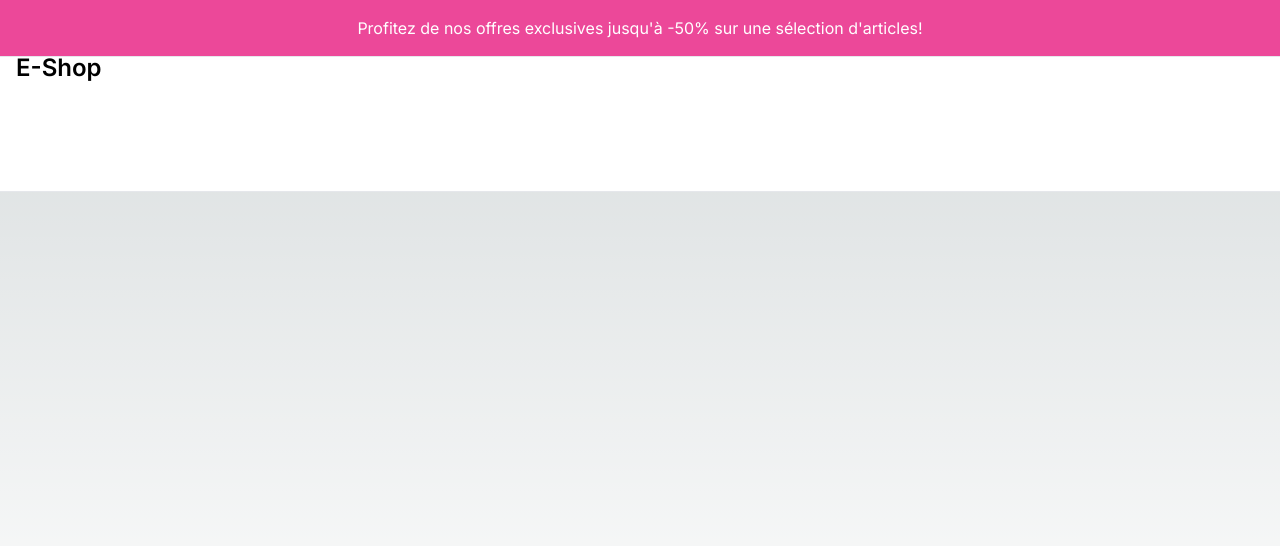
Repository: SDlevelUp/e-shop
Page: /
These files come from the project's save history. The page is drawn as it stood at one moment and after the next save; the edit follows.
The browser window is 1280 px wide. The pictures show the whole page.
The project was rebuilt for these pictures with package versions that can differ from the ones it lists, and the page was loaded fresh each time. The framework's server and built-in components were replaced by stand-ins that run in the browser. Also part of the build but not shown: next.config.js.

Above is the page before, as saved 2023-08-29 09:12:08.

### src/app/layout.js
import './globals.css'
import { Inter } from 'next/font/google';
import Navbar from '@/components/Navbar/Navbar';
import GlobalState from '@/context';
const inter = Inter({ subsets: ['latin'] })

export const metadata = {
  title: 'E-Shop, votre boutique en ligne',
  description: 'Generated by create next app',
};

export default function RootLayout({ children }) {
  return (
    <html lang="en">
      <head>
        <meta charSet="UTF-8" />
        <meta name="viewport" content="width=device-width, initial-scale=1.0" />
        <title>{metadata.title}</title>
        <meta name="description" content={metadata.description} />
      </head>
      <body className={inter.className}>
        <GlobalState>
          <Navbar />
          <main>{children}</main>
        </GlobalState>
      </body>
    </html>
  )
}

### src/app/page.js
import React from 'react';

function Home() {
  return (
    <main className="flex min-h-screen flex-col items-center justify-between p-24">
      <div>

      </div>
    </main>
  );
}

export default Home;

### src/components/Navbar/Navbar.jsx
"use client";

export default function Navbar() {
    return (
        <>
            <div className="bg-white fixed z-40 w-full top-0 left-0 border-b border-gray-200 h-48">
                <header className="bg-pink-500 z-50 w-full top-0 left-0 border-b border-gray-200 fixed">
                    <div className="max-w-screen-xl flex items-center justify-center mx-auto p-4">
                        <div className="flex items-center cursor-pointer">
                            <span className="text-white">
                                Profitez de nos offres exclusives jusqu'à -50% sur une sélection d'articles!
                            </span>
                        </div>
                    </div>
                </header>

                <nav className="max-w-screen-xl flex items-center justify-between mx-auto p-4 mt-9" >
                    <div className="flex items-center cursor-pointer">
                        <span className="self-center text-2xl font-semibold whitespace-nowrap">
                            E-Shop
                        </span>
                    </div>
                    {/* Supprimez la div vide */}
                </nav>
            </div>
        </>
    );
}

### src/context/index.js
"use client";

import { createContext } from 'react';

export const GlobalContext = createContext(null);

export default function GlobalState({ children }) {
    return (
        <GlobalContext.Provider value={{}}>{children}</GlobalContext.Provider>
    )
}

Loaded but not shown: src/app/globals.css (common file); tailwind.config.js (common file)

After the next save:
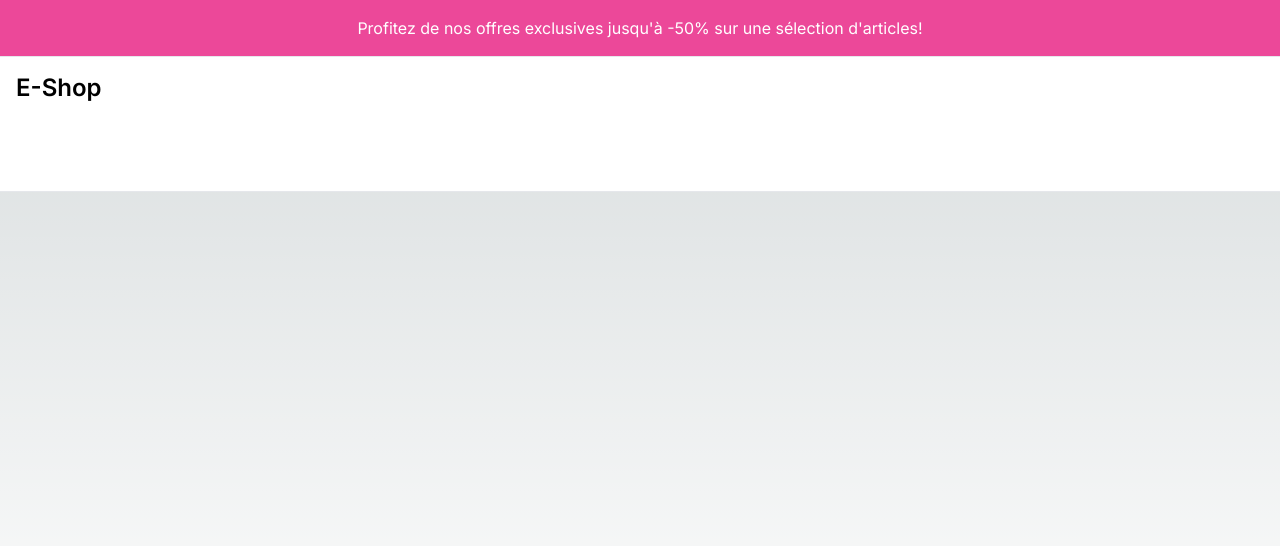
Saved 4 s later.
--- a/src/components/Navbar/Navbar.jsx
+++ b/src/components/Navbar/Navbar.jsx
@@ -14,7 +14,7 @@ export default function Navbar() {
                     </div>
                 </header>
 
-                <nav className="max-w-screen-xl flex items-center justify-between mx-auto p-4 mt-9" >
+                <nav className="max-w-screen-xl flex items-center justify-between mx-auto p-4 mt-14" >
                     <div className="flex items-center cursor-pointer">
                         <span className="self-center text-2xl font-semibold whitespace-nowrap">
                             E-Shop
